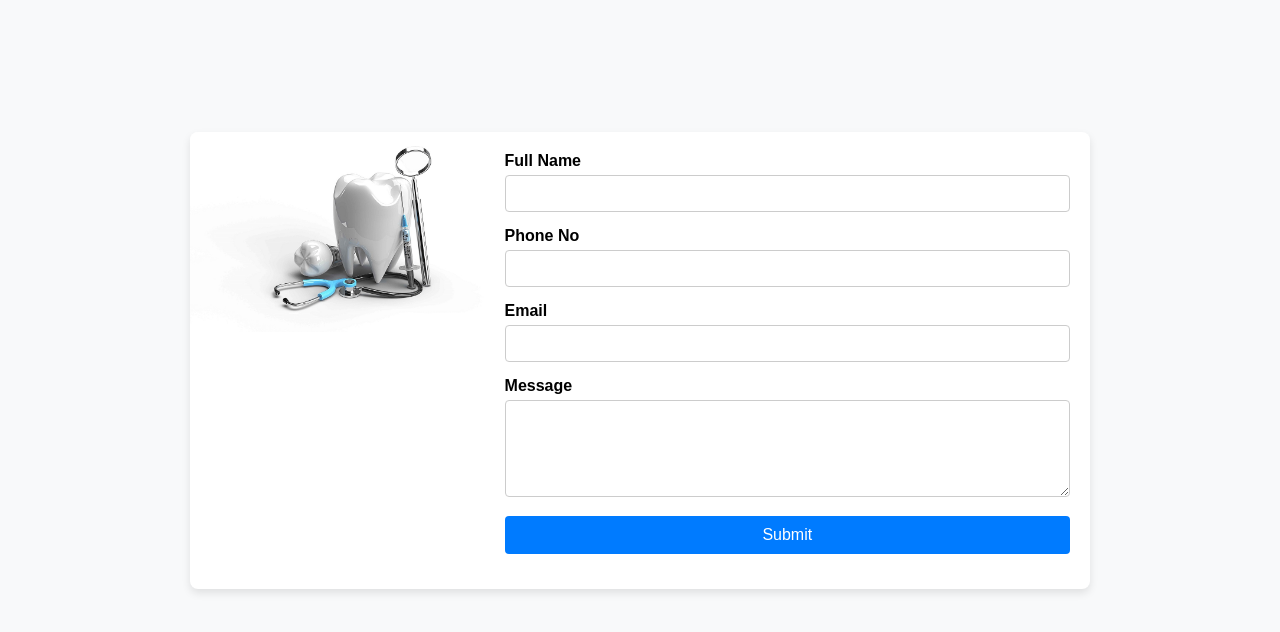
Repository: Reshu70/dental
Page: css/form.html
The author's editor kept a copy of each file at every save. The page is drawn from the files as they stood at one save, then again after the next save.
The browser window is 1280 px wide. The pictures show the whole page.

Above is the page before, as saved 2024-06-06 11:26:44.

After the next save:
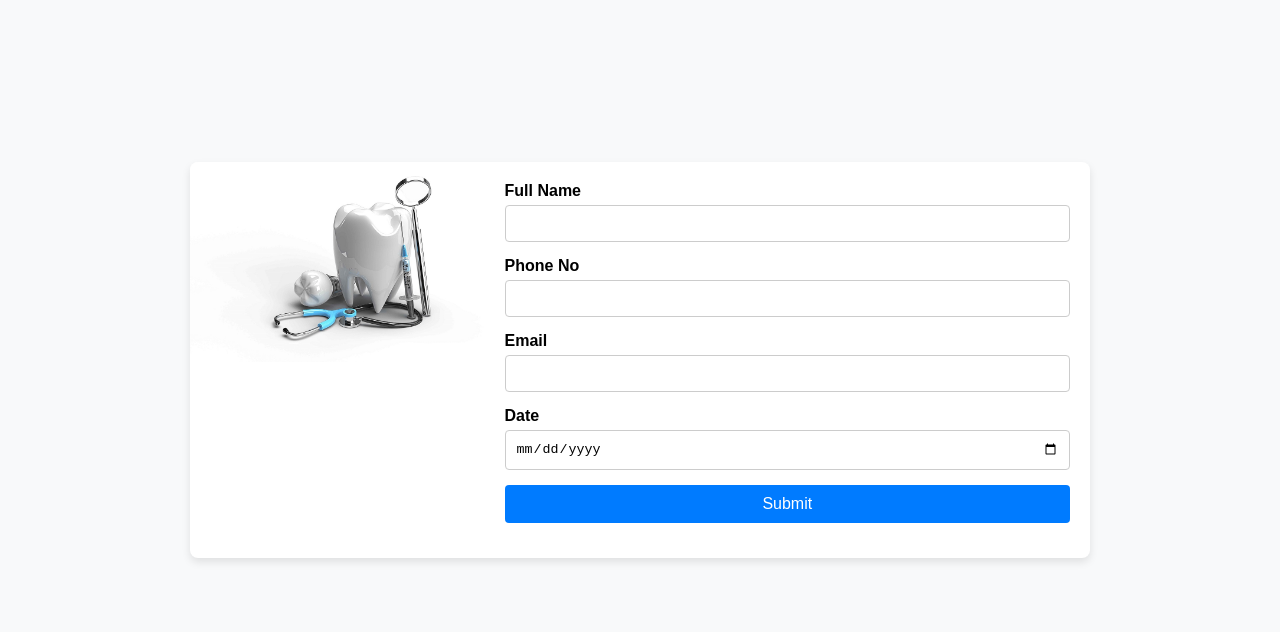
Saved 6 min 2 s later.
--- a/css/form.html
+++ b/css/form.html
@@ -111,9 +111,11 @@
                     <input type="email" id="email" name="email" required>
                 </div>
                 <div class="form-group">
-                    <label for="message" type="date">Message</label>
-                    <textarea id="message" name="message" rows="5" required></textarea>
+                    <label for="date">Date</label>
+                    <input type="date" id="date" name="date" required>
                 </div>
+
+
                 <div class="form-group">
                     <button type="submit">Submit</button>
                 </div>
